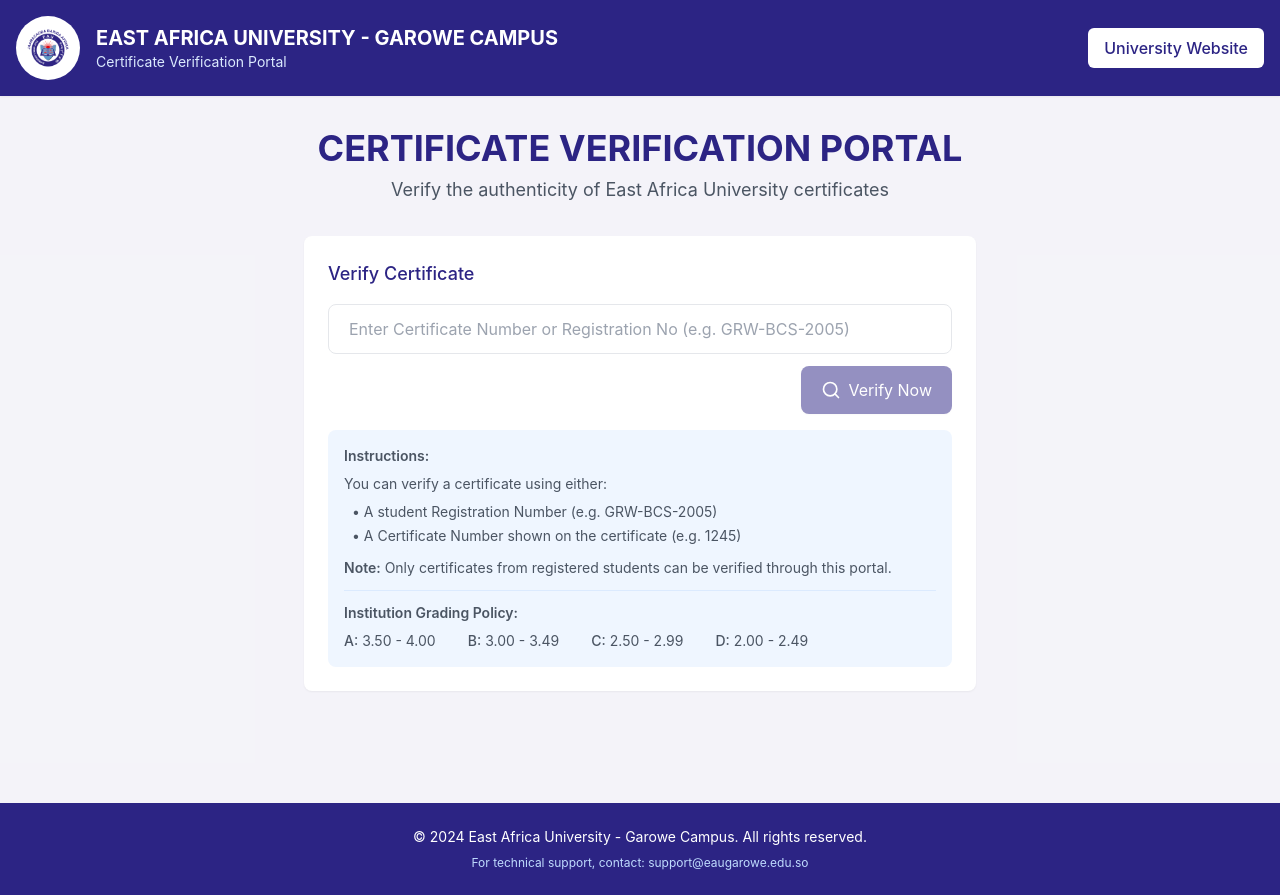
Repository: SaidIbraahim/EAU-Credential-Management-System
Page: / (app in apps/verify/)
The author's editor kept a copy of each file at every save. The page is drawn from the files as they stood at one save, then again after a run of saves.
The browser window is 1280 px wide. The pictures show the whole page.
The page's requests for data from a server got no answer. The project was rebuilt for these pictures with package versions that can differ from the ones it lists, and the page was loaded fresh each time. No one was signed in, and anything a server would have sent is missing. Also part of the build but not shown: apps/verify/vite.config.ts, apps/verify/src/components/ResultSection.tsx, apps/verify/src/components/PrintSection.tsx.

Above is the page before, as saved 2025-06-04 01:52:14.

After the next 2 saves:
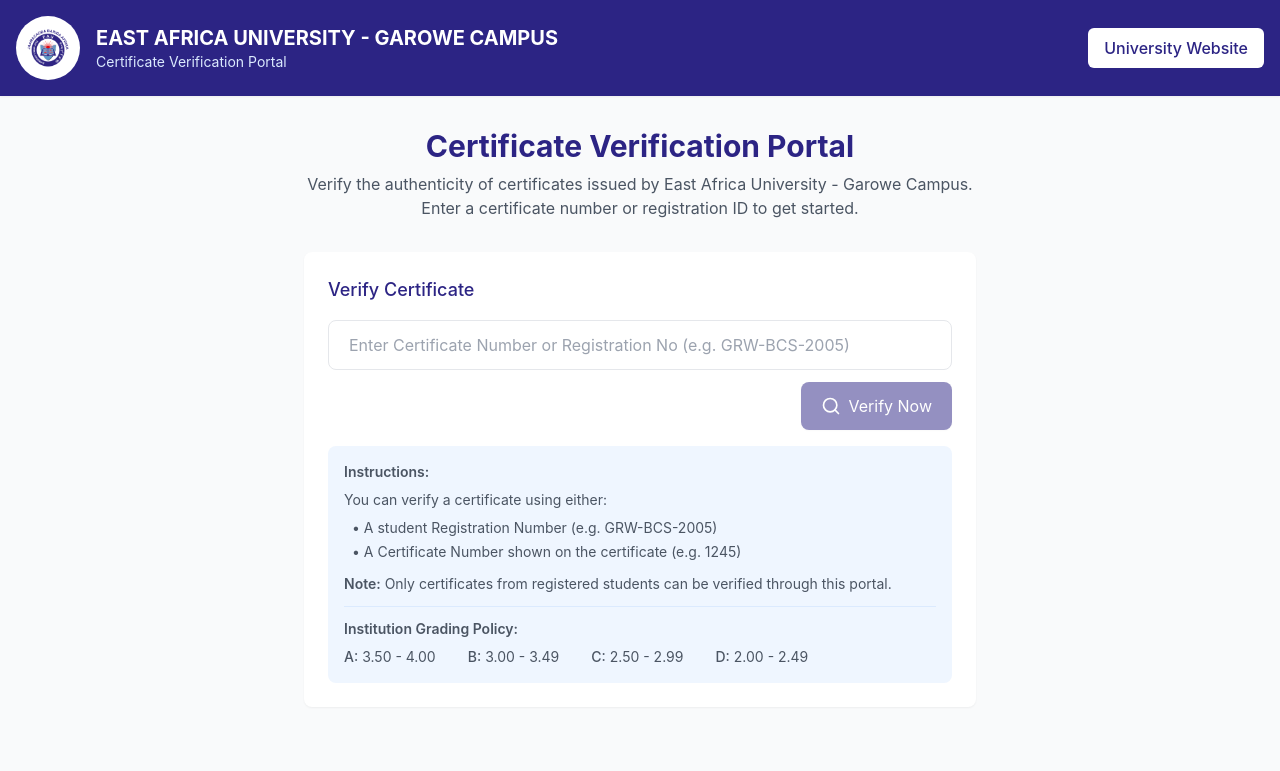
The 2 saves are shown as one change because 1 did not build or start.
The last was saved 8 min 31 s later.
--- a/apps/verify/src/App.tsx
+++ b/apps/verify/src/App.tsx
@@ -7,7 +7,7 @@
 import { VerificationApi } from './services/api';
 
 const App: React.FC = () => {
-  const { result, isLoading, error, verify, reset } = useVerification();
+  const { result, isLoading, error, handleSearch } = useVerification();
 
   // Check API health on component mount
   useEffect(() => {
@@ -25,99 +25,42 @@
     window.print();
   };
 
-  const handleNewSearch = () => {
-    reset();
-  };
+  return (
+    <div className="min-h-screen bg-gray-50">
+      {/* Screen-only content - hidden during print */}
+      <div className="no-print">
+        <Header />
 
-  return (
-    <div className="min-h-screen bg-[#2c2484] bg-opacity-5">
-      {/* Main Header */}
-      <Header />
+        <main className="container mx-auto px-4 py-8">
+          <div className="text-center mb-8">
+            <h1 className="text-3xl font-bold text-[#2c2484] mb-2">
+              Certificate Verification Portal
+            </h1>
+            <p className="text-gray-600 max-w-2xl mx-auto">
+              Verify the authenticity of certificates issued by East Africa University - Garowe Campus.
+              Enter a certificate number or registration ID to get started.
+            </p>
+          </div>
 
-      {/* Print Header (hidden on screen, visible when printing) */}
-      <Header showPrintableHeader />
+          <SearchSection
+            onSearch={handleSearch}
+            isLoading={isLoading}
+            error={error}
+          />
 
-      <div className="container mx-auto px-4 py-8">
-        {/* Portal Title */}
-        <div className="text-center mb-8 no-print">
-          <h1 className="text-3xl md:text-4xl font-bold text-[#2c2484] mb-2">
-            CERTIFICATE VERIFICATION PORTAL
-          </h1>
-          <p className="text-gray-600 text-lg">
-            Verify the authenticity of East Africa University certificates
-          </p>
-        </div>
-
-        {/* Search Section - Hide when result is shown */}
-        {!result && (
-          <SearchSection
-            onSearch={verify}
-            isLoading={isLoading}
-            error={error || undefined}
-          />
-        )}
-
-        {/* Results Section */}
-        {result && (
-          <>
-            {/* New Search Button */}
-            <div className="text-center mb-6 no-print">
-              <button
-                onClick={handleNewSearch}
-                className="px-6 py-2 bg-gray-600 text-white rounded-lg hover:bg-gray-700 transition-colors"
-              >
-                Search Another Certificate
-              </button>
-            </div>
-
-            {/* Verification Result */}
+          {result && (
             <ResultSection
               result={result}
               onPrint={handlePrint}
             />
-
-            {/* Print Section (hidden on screen, visible when printing) */}
-            <PrintSection result={result} />
-          </>
-        )}
+          )}
+        </main>
       </div>
 
-      {/* Footer */}
-      <footer className="bg-[#2c2484] text-white py-6 mt-12 no-print">
-        <div className="container mx-auto px-4 text-center">
-          <p className="text-sm">
-            © 2024 East Africa University - Garowe Campus. All rights reserved.
-          </p>
-          <p className="text-xs mt-2 text-blue-200">
-            For technical support, contact: support@eaugarowe.edu.so
-          </p>
-        </div>
-      </footer>
-
-      {/* Print Styles */}
-      <style>
-        {`
-          @media print {
-            .no-print {
-              display: none !important;
-            }
-
-            .print-header {
-              display: block !important;
-            }
-
-            body {
-              background: white !important;
-            }
-
-            .container {
-              max-width: 100% !important;
-              margin: 0 !important;
-              padding: 20px !important;
-            }
-          }
-        `}
-      </style>
+      {/* Print-only content */}
+      {result && (
+        <PrintSection result={result} />
+      )}
     </div>
   );
 };
